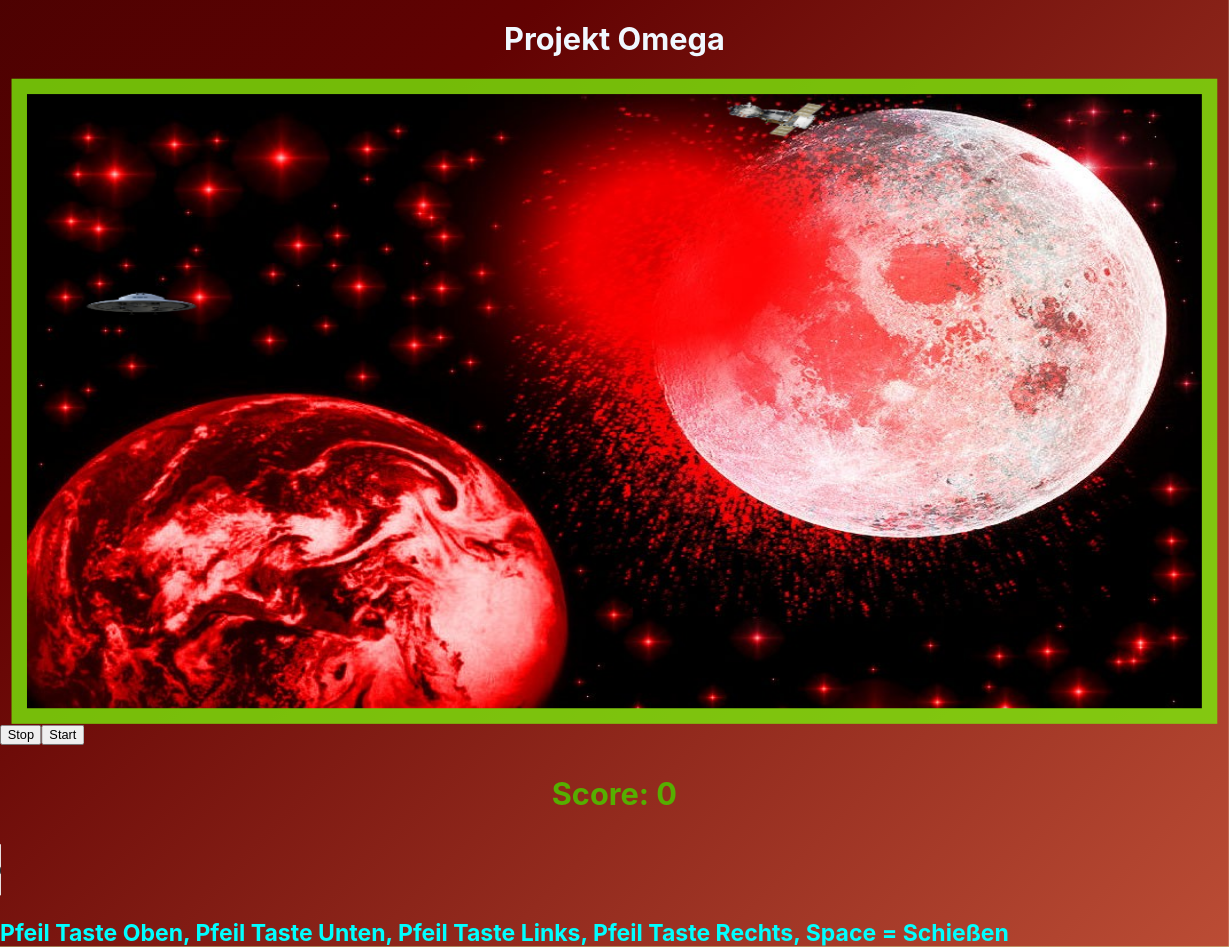
Repository: Der-Metatron/Projekt-Omega-Sprotte
Page: /, after clicking the first element matching `button.startbutton`
The author's editor kept a copy of each file at every save. The page is drawn from the files as they stood at one save, then again after the next save.
The browser window is 1280 px wide. The pictures show the whole page, at 96% of full size.
The project was rebuilt for these pictures with package versions that can differ from the ones it lists, and the page was loaded fresh each time.

Above is the page before, as saved 2022-06-23 20:21:59.

After the next save:
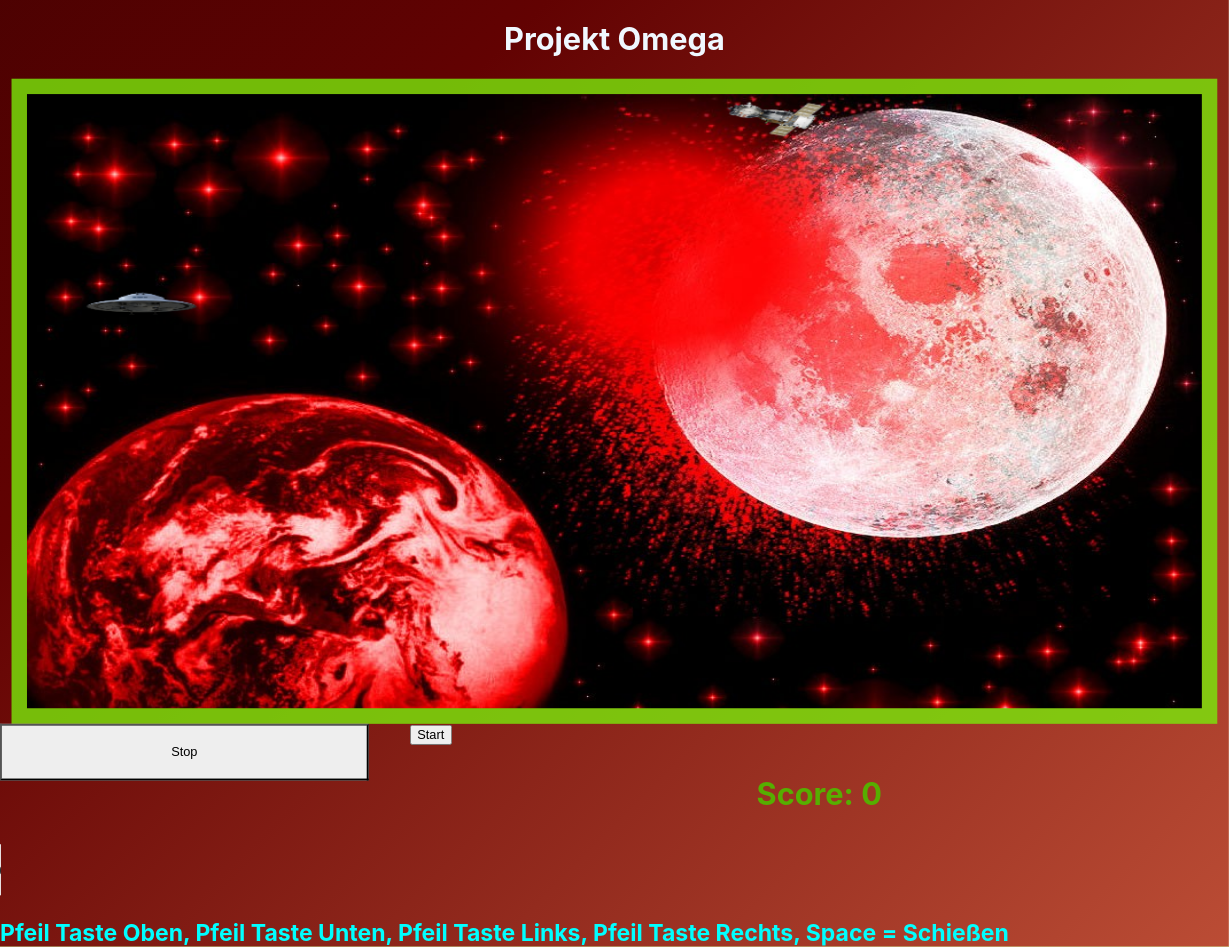
Saved 2 min 29 s later.
--- a/src/components/GameCanvas.css
+++ b/src/components/GameCanvas.css
@@ -22,6 +22,10 @@
 }
 
 .stopbutton {
-  flex-direction: column;
-  align-items: center;
+  float: left;
+  width: 30%;
+  margin-right: 3.33333%;
+  padding: 20px;
+  background: #eee;
+  box-sizing: border-box;
 }

After the save that followed:
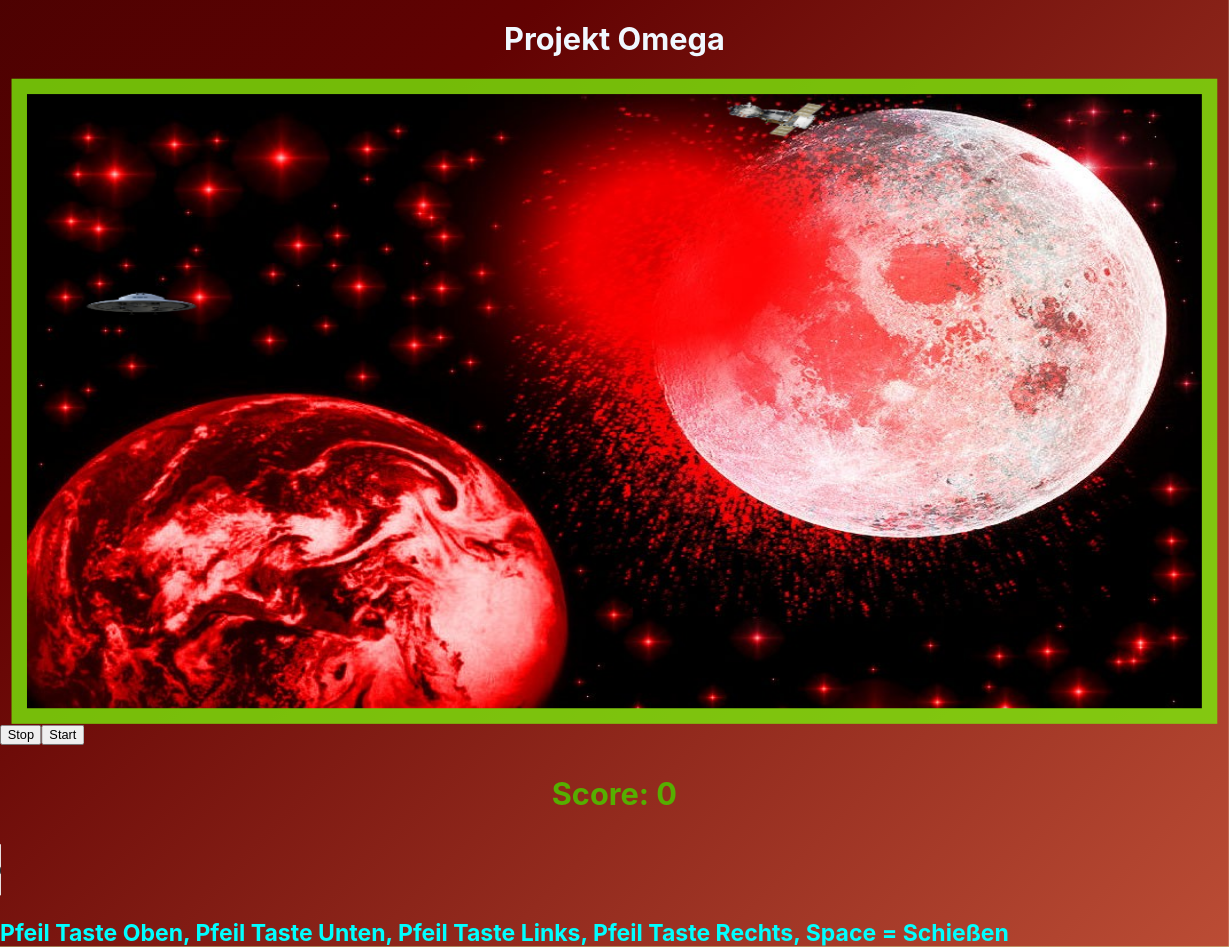
Saved 37 s later.
--- a/src/components/GameCanvas.css
+++ b/src/components/GameCanvas.css
@@ -22,10 +22,4 @@
 }
 
 .stopbutton {
-  float: left;
-  width: 30%;
-  margin-right: 3.33333%;
-  padding: 20px;
-  background: #eee;
-  box-sizing: border-box;
 }
